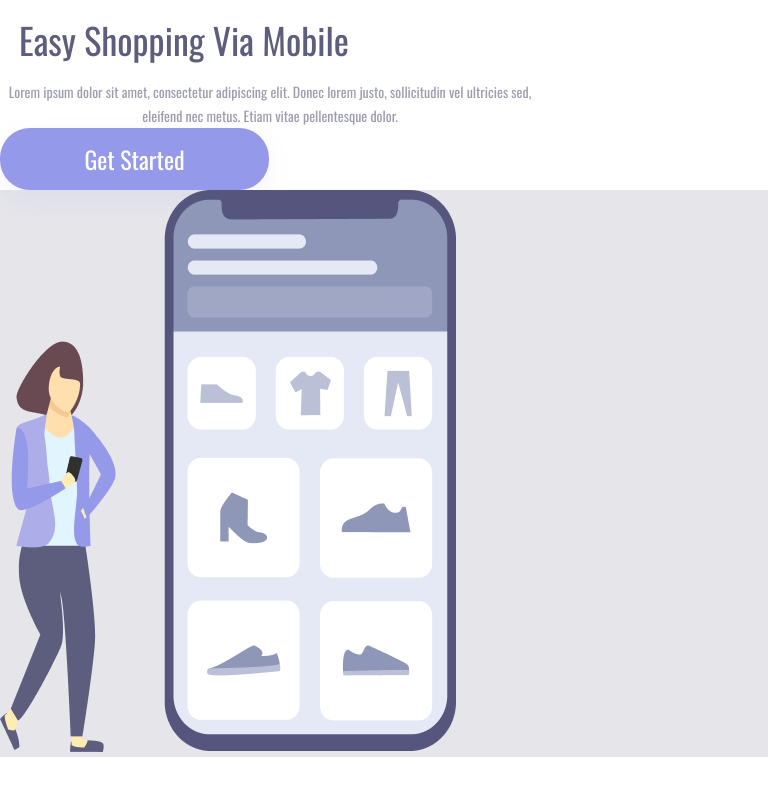
Repository: Leo-Marques-882/Projeto-Git-2
Page: index.html
These files come from the project's save history. The page is drawn as it stood at one moment and after the next save; the edit follows.
The browser window is 768 px wide. The pictures show the whole page.

Above is the page before, as saved 2023-03-07 01:16:38.

After the next save:
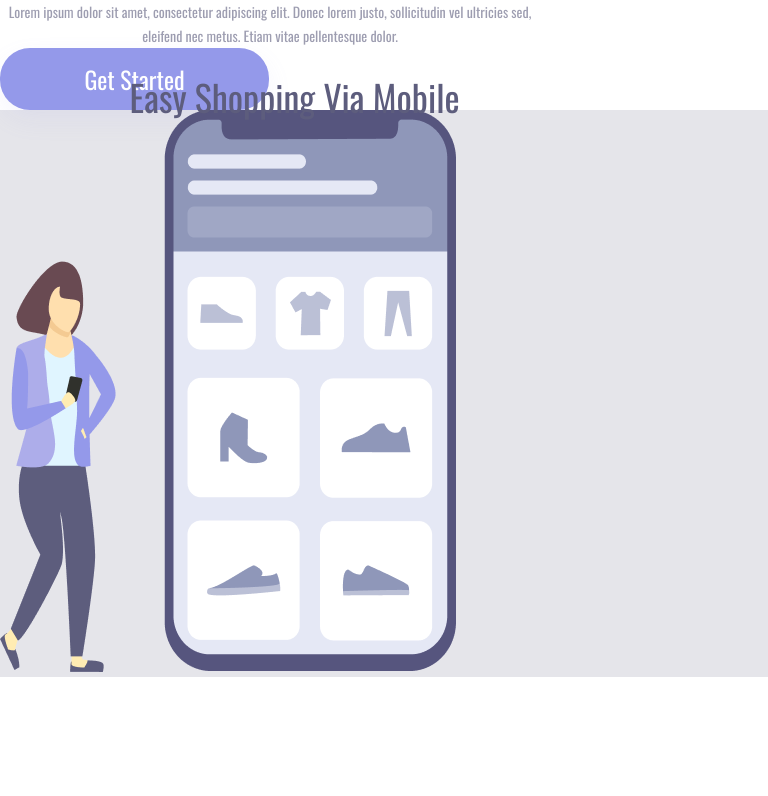
Saved 91 s later.
--- a/styless.css
+++ b/styless.css
@@ -126,7 +126,13 @@
         font-weight: 400;
         font-size: 36px;
         text-align: center;
-    }
+        position: absolute;
+        left: 14.4%;
+        right: 14.13%;
+        top: 7.14%;
+        bottom: 80.05%;
+
+            }
 
     p {
         font-weight: 400;

After the save that followed:
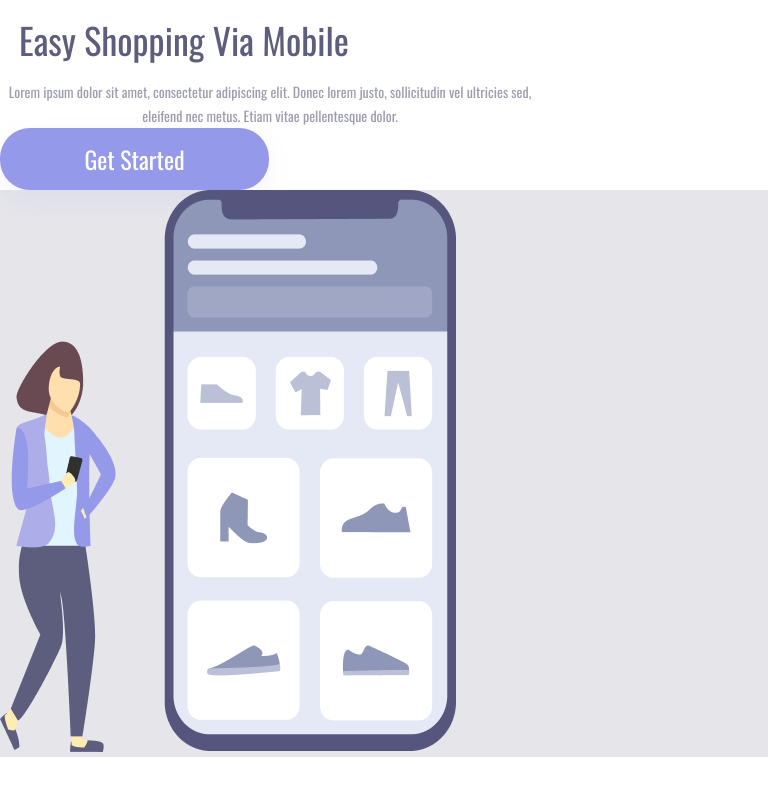
Saved 15 s later.
--- a/styless.css
+++ b/styless.css
@@ -126,13 +126,7 @@
         font-weight: 400;
         font-size: 36px;
         text-align: center;
-        position: absolute;
-        left: 14.4%;
-        right: 14.13%;
-        top: 7.14%;
-        bottom: 80.05%;
-
-            }
+        }
 
     p {
         font-weight: 400;
